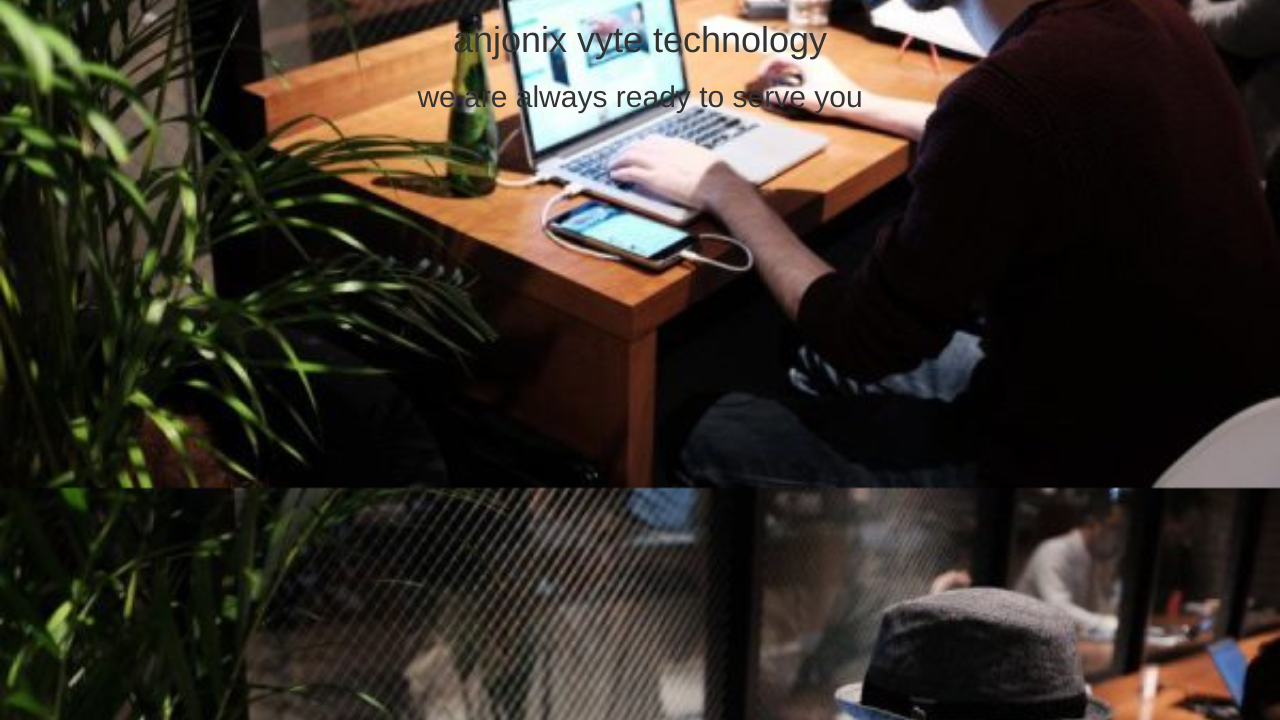
Repository: anjonix/Responsive-Website
Page: contact-form.html
The author's editor kept a copy of each file at every save. The page is drawn from the files as they stood at one save, then again after the next save.
The browser window is 1280 px wide. The pictures show the whole page.

Above is the page before, as saved 2019-07-09 13:54:13.

### contact-form.html
<!DOCTYPE html>
<!DOCTYPE html>
<html lang="en">
<head>
    <meta charset="UTF-8">
    <meta name="viewport" content="width=device-width, initial-scale=1.0">
    <meta http-equiv="X-UA-Compatible" content="ie=edge">
    <link rel="stylesheet" href="CSS/Contactform style.css">
     <!-- Latest compiled and minified CSS -->
    <link rel="stylesheet" href="https://maxcdn.bootstrapcdn.com/bootstrap/3.4.0/css/bootstrap.min.css">

    <!-- jQuery library -->

    <script src="https://ajax.googleapis.com/ajax/libs/jquery/3.4.1/jquery.min.js"></script>

    <!-- Latest compiled JavaScript -->
    <script src="https://maxcdn.bootstrapcdn.com/bootstrap/3.4.0/js/bootstrap.min.js"></script>
    <title>Contact Form</title>
</head>
<body>
        <div class="Contactform">
            <h1>anjonix vyte technology</h1>
            <h2>we are always ready to serve you</h2>
        </div>
</body>
</html>

### CSS/Contactform style.css
body
{
    margin-top: 100px;
    padding:0;
    text-align: center;
    background: url(..//Images/image7.jpg);
    background-size: cover;
    background-position: center;
    font-family: sans-serif
}

After the next save:
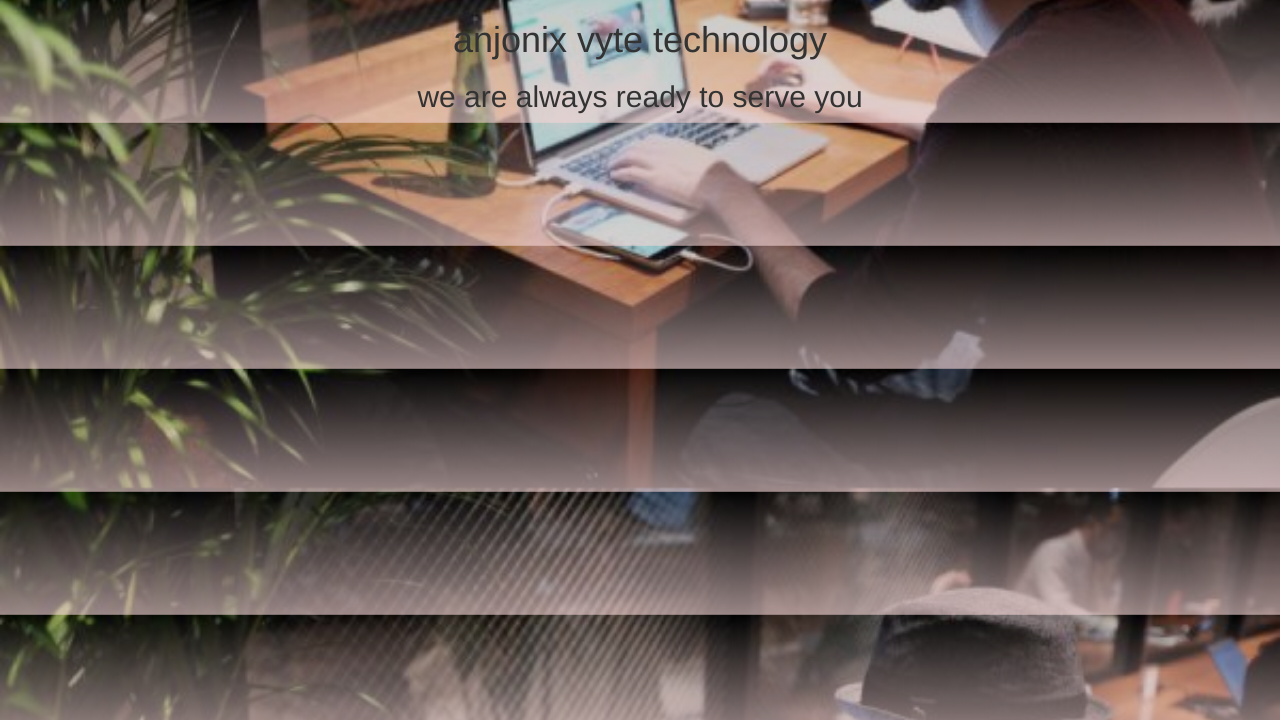
Saved 99 s later.
--- a/CSS/Contactform style.css
+++ b/CSS/Contactform style.css
@@ -3,7 +3,7 @@
     margin-top: 100px;
     padding:0;
     text-align: center;
-    background: url(..//Images/image7.jpg);
+    background:linear-gradient(rgba(0,0,0,0.2),rgba(216, 189, 189, 0.7)), url(..//Images/image7.jpg);
     background-size: cover;
     background-position: center;
     font-family: sans-serif
